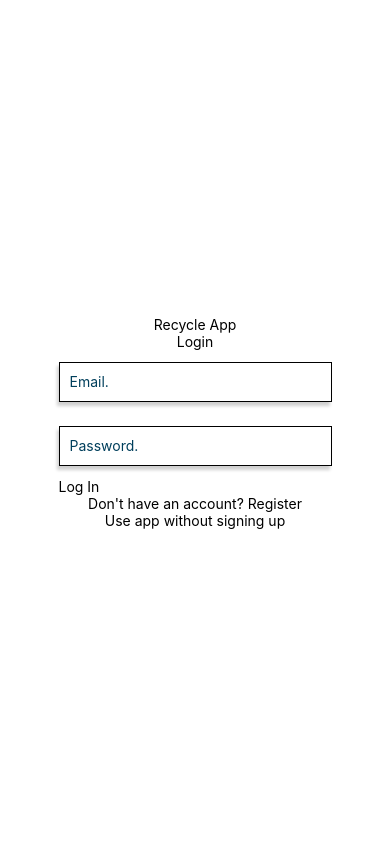
Repository: ct-pham/COMP4511
Screen: / (app in comp4511/)
The author's editor kept a copy of each file at every save. The screen is drawn from the files as they stood at one save, then again after the next save.
The app was drawn by React Native's web renderer in a window 390 px wide. The project was rebuilt for these pictures with package versions that can differ from the ones it lists, and the page was loaded fresh each time.

Above is the screen before, as saved 2022-11-07 15:37:44.

### comp4511/App.js

// import { NavigationContainer } from 'react-navigation/native';
// import { createNativeStackNavigator } from 'react-navigation/native-stack';
import Login from './Components/Login';
//import Register from './Components/Register';

export default function App() {
  return (
    // <NavigationContainer>
    //   <Stack.Navigator initialRouteName="Home">
    //     <Stack.Screen name="Login" component={Login} />
    //     <Stack.Screen name="Register" component={Register} />
    //   </Stack.Navigator>
    // </NavigationContainer>
    <Login />
  );
}

### comp4511/Components/Login.js
import {
    StyleSheet,
    Text,
    View,
    TextInput,
    TouchableOpacity,
} from 'react-native';

import Icon from 'react-native-vector-icons/Ionicons';

export default function Login( {navigation}) {
    return (
        <View style={styles.container}>

            <Text>Recycle App</Text>
            <Text>Login</Text>
            <View style={styles.inputView}>
                <TextInput
                    style={styles.TextInput}
                    placeholder="Email."
                    placeholderTextColor="#003f5c"
                />
            </View>

            <View style={styles.inputView}>
                <TextInput
                    style={styles.TextInput}
                    placeholder="Password."
                    placeholderTextColor="#003f5c"
                    secureTextEntry={true}
                />
            </View>

            <TouchableOpacity style = {styles.button}>
                <Text style={styles.loginBtn}>Log In</Text>
            </TouchableOpacity>

            <TouchableOpacity
                onPress = {console.log('Register')}
            >
                <Text style={styles.loginBtn}>Don't have an account? Register</Text>
            </TouchableOpacity>

            <TouchableOpacity>
                <Text style={styles.loginBtn}>Use app without signing up</Text>
            </TouchableOpacity>

        </View>
    );
}

const styles = StyleSheet.create({
    container: {
        flex: 1,
        backgroundColor: '#ffffff',
        alignItems: 'center',
        justifyContent: 'center',
    },
    inputView: {
        backgroundColor: '#ffffff',
        borderWidth: 1,
        borderColor: '#000000',
        height: 40,
        width: '70%',
        margin: 12,
        borderWidth: 1,
        padding: 10,
        shadowColor: '#171717',
        shadowOffset: {width: -2, height: 4},
        shadowOpacity: 0.2,
        shadowRadius: 3,
    },
    button: {
        width: '70%',
        borderRadius: 25,
    }
});

After the next save:
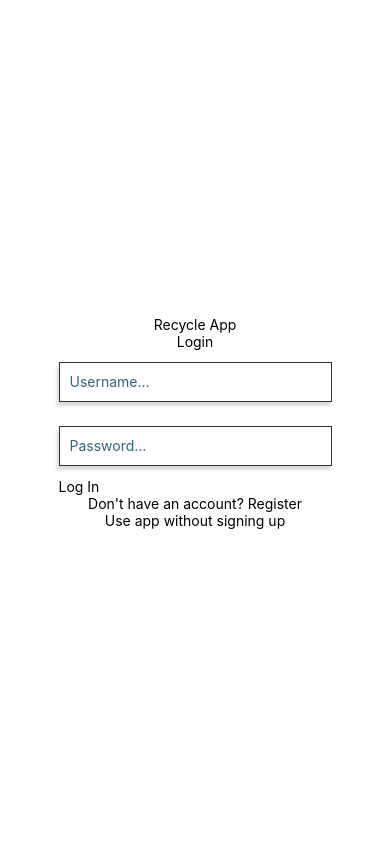
Saved 98 s later.
--- a/comp4511/Components/Login.js
+++ b/comp4511/Components/Login.js
@@ -17,7 +17,7 @@ export default function Login( {navigation}) {
             <View style={styles.inputView}>
                 <TextInput
                     style={styles.TextInput}
-                    placeholder="Email."
+                    placeholder="Username..."
                     placeholderTextColor="#003f5c"
                 />
             </View>
@@ -25,7 +25,7 @@ export default function Login( {navigation}) {
             <View style={styles.inputView}>
                 <TextInput
                     style={styles.TextInput}
-                    placeholder="Password."
+                    placeholder="Password..."
                     placeholderTextColor="#003f5c"
                     secureTextEntry={true}
                 />
@@ -69,6 +69,7 @@ const styles = StyleSheet.create({
         shadowOffset: {width: -2, height: 4},
         shadowOpacity: 0.2,
         shadowRadius: 3,
+        opacity: 0.8,
     },
     button: {
         width: '70%',
